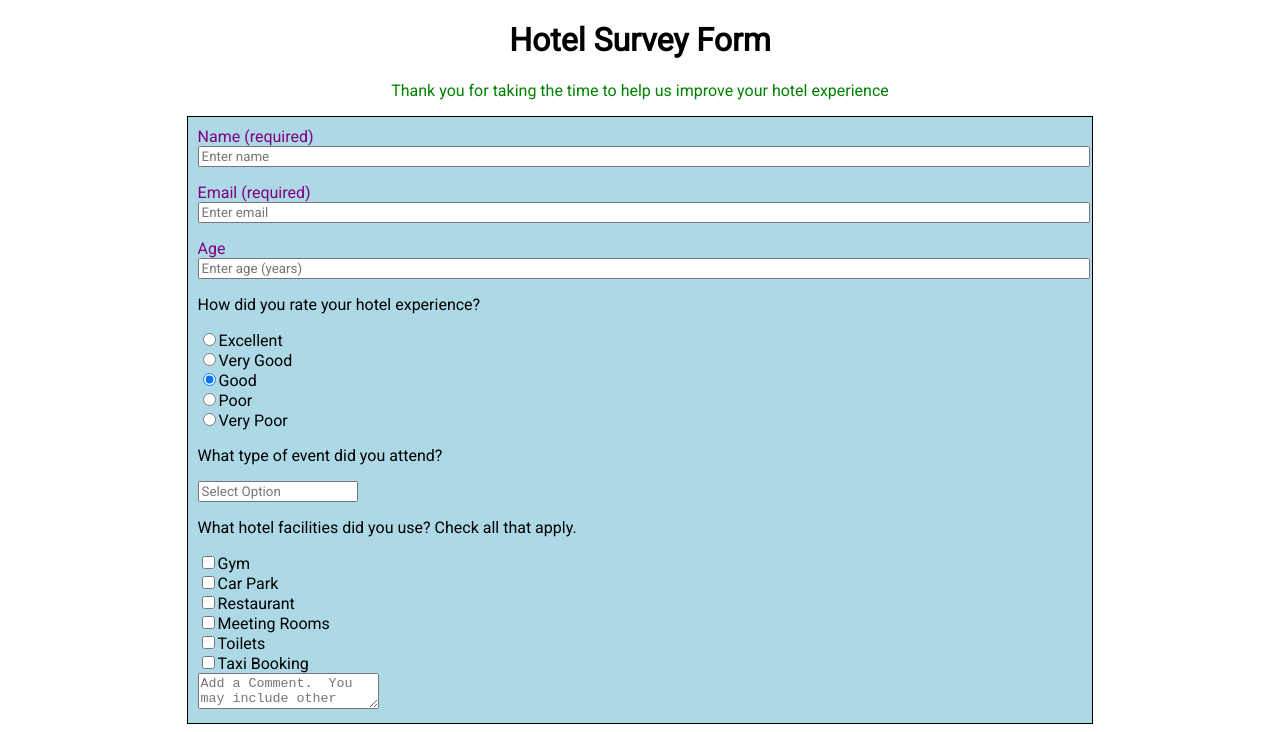
Repository: derektypist/survey-form
Page: index.html
The author's editor kept a record of every edit. The page is drawn from the files as they stood at one moment, then again after the next edit.
The browser window is 1280 px wide. The pictures show the whole page.

Above is the page before.

### index.html
<!DOCTYPE html>
<html lang="en">
<head>
    <meta charset="UTF-8">
    <meta name="viewport" content="width=device-width, initial-scale=1.0">
    <meta http-equiv="X-UA-Compatible" content="ie=edge">
    <title>Hotel Survey Form</title>
    <!-- Load Style Sheets -->
    <link href="https://fonts.googleapis.com/css?family=Roboto&display=swap" rel="stylesheet">
    <style>
        /* Title */
        #title {
            font-family: "Roboto", Arial, Verdana, sans-serif;
            text-align: center;
        }

        /* Description */
        #description {
            font-family: "Roboto", Arial, Verdana, sans-serif;
            text-align: center;
            color: green;
        }

        /* Survey Form */
        #survey-form {
            display: block;
            margin: auto;
            max-width: 70%;
            background-color: lightblue;
            font-family: "Roboto", Arial, Verdana, sans-serif;
            text-align: left;
            padding: 10px;
            border: 1px solid black;
        }

        #name-label {
            color: purple;
        }

        #email-label {
            color: purple;
        }

        #number-label {
            color: purple;
        }

        #name {
            width: 100%;
        }

        #email {
            width: 100%;
        }

        #number {
            width: 100%;
        }

        input[placeholder] {
            font-family: "Roboto", Arial, Verdana, sans-serif;
        }



    </style>
</head>
<body>
    <!-- Provide Title and Description -->
    <header>
        <h1 id="title">Hotel Survey Form</h1>
        <p id="description">Thank you for taking the time to help us improve your hotel experience</p>
    </header>

    <!-- Provide Survey Form -->
    <main>
        <section>
            <form id="survey-form">
                <!-- Set up Name Field -->
                <label for="name" id="name-label">Name (required)</label>
                <br>
                <input type="text" id="name" placeholder="Enter name" name="name" required />
                <p></p>

                <!-- Set up Email Field -->
                <label for="email" id="email-label">Email (required)</label>
                <br>
                <input type="email" id="email" placeholder="Enter email" name="email" required />
                <p></p>

                <!-- Set up Age (Number) Field -->
                <label for="number" id="number-label">Age</label>
                <br>
                <input type="number" id="number" placeholder="Enter age (years)" name="number" min="0" max="100">
                <br>

                <!-- Set up Radio Buttons with Default set to Good -->
                <p>How did you rate your hotel experience?</p>
                <input type="radio" name="experience" value="excellent">Excellent
                <br>
                <input type="radio" name="experience" value="verygood">Very Good
                <br>
                <input type="radio" name="experience" value="good" checked>Good
                <br>
                <input type="radio" name="experience" value="poor">Poor
                <br>
                <input type="radio" name="experience" value="verypoor">Very Poor
                <br>

                <!-- Set up Dropdown List (Datalist) -->
                <p>What type of event did you attend?</p>
                <input list="dropdown" name="eventtypes" placeholder="Select Option">
                <datalist id="dropdown">
                    <option value="Balls"></option>
                    <option value="City Breaks"></option>
                    <option value="Conferences"></option>
                    <option value="Exhibitions"></option>
                    <option value="Fairs"></option>
                    <option value="Parties (e.g. Birthday)"></option>
                    <option value="Sun Breaks"></option>
                    <option value="Weddings"></option>
                    <option value="Workshops"></option>
                </datalist>

                <!-- Set up Check Boxes -->
                <p>What hotel facilities did you use?  Check all that apply.</p>
                <input type="checkbox" name="facility1" value="Gym">Gym
                <br>
                <input type="checkbox" name="facility2" value="Car Park">Car Park
                <br>
                <input type="checkbox" name="facility3" value="Restaurant">Restaurant
                <br>
                <input type="checkbox" name="facility4" value="Meeting Rooms">Meeting Rooms
                <br>
                <input type="checkbox" name="facility5" value="Toilets">Toilets
                <br>
                <input type="checkbox" name="facility6" value="Taxi Booking">Taxi Booking
                <br>

                <!-- Provide textarea -->
                <textarea placeholder="Add a Comment.  You may include other hotel facilities."></textarea>
            </form>
        </section>
    </main>
</body>
</html>

After the next edit:
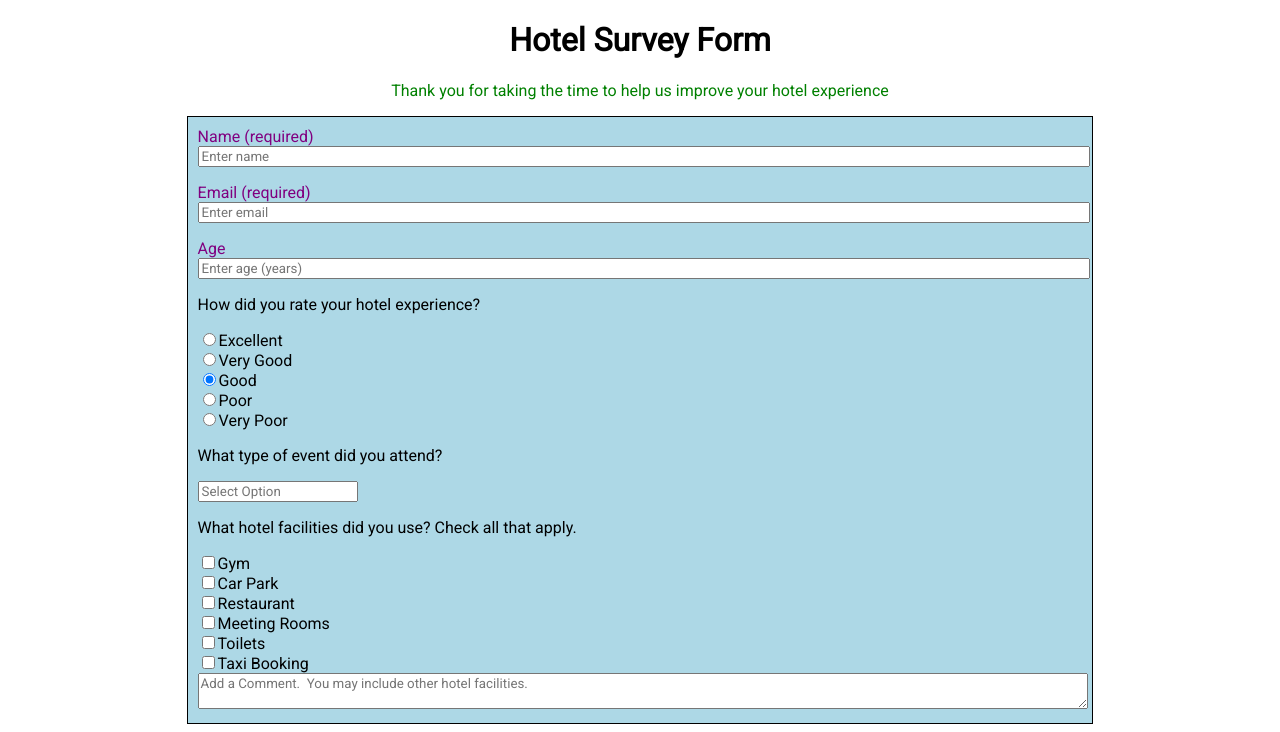
The edit:
--- a/index.html
+++ b/index.html
@@ -61,6 +61,14 @@
             font-family: "Roboto", Arial, Verdana, sans-serif;
         }
 
+        textarea {
+            width: 100%;
+        }
+
+
+        textarea[placeholder] {
+            font-family: "Roboto", Arial, Verdana, sans-serif;
+        }
 
 
     </style>
